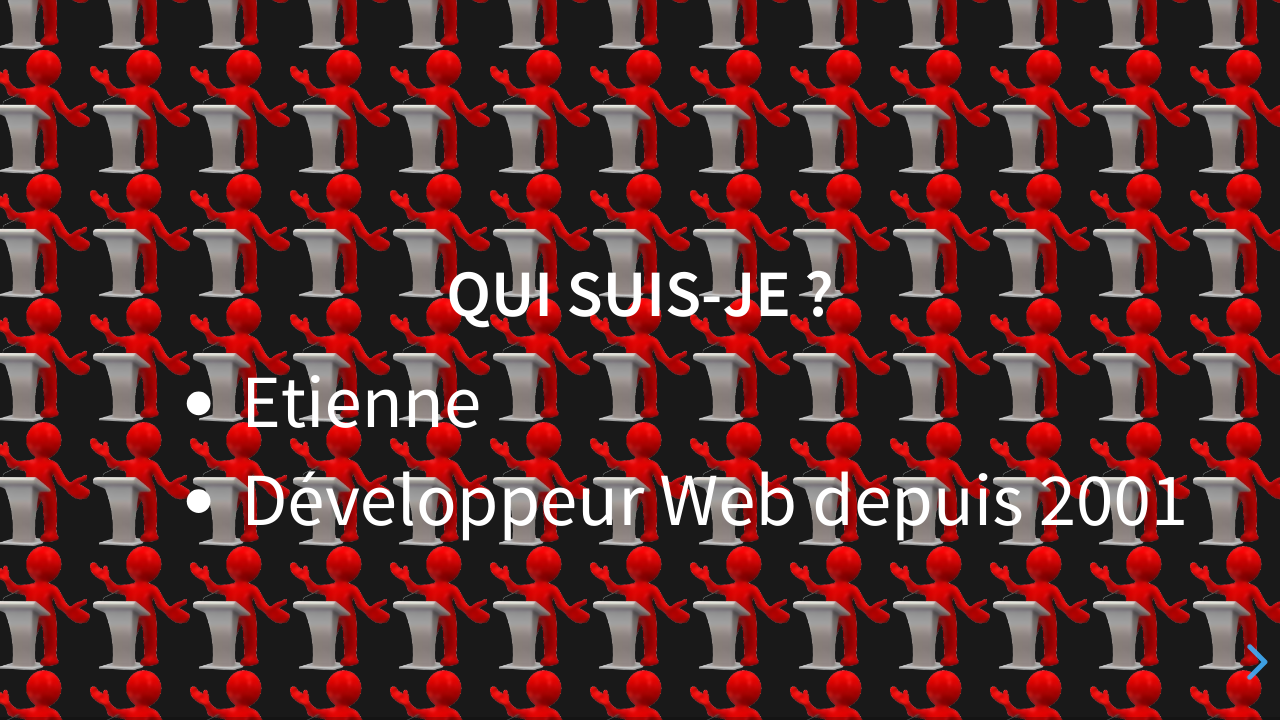
Repository: cutesquirrel/pres-college
Page: index.html
An editor plug-in stored every save of this project. The page is shown before and after the next save, followed by the edit.
The browser window is 1280 px wide. The pictures show the whole page.

Above is the page before, as saved 2024-03-31 10:38:11.

After the next save:
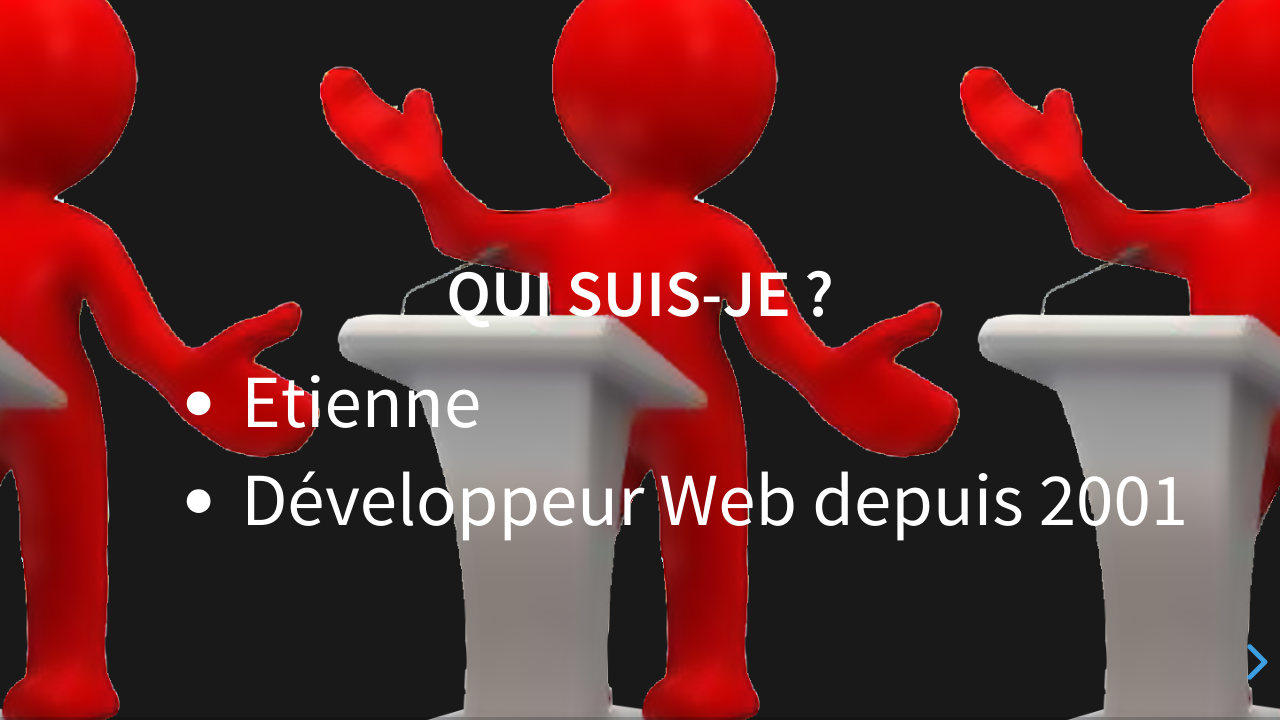
Saved 11 s later.
--- a/index.html
+++ b/index.html
@@ -16,7 +16,7 @@
 	<body>
 		<div class="reveal">
 			<div class="slides">
-				<section data-background-image="./whoami.png" data-background-size="100px" data-background-repeat="repeat">
+				<section data-background-image="./whoami.png" data-background-size="640px" data-background-repeat="repeat">
 					<h2>Qui suis-je ?</h2>
 					<ul class="r-fit-text" >
 						<li>Etienne</li>
